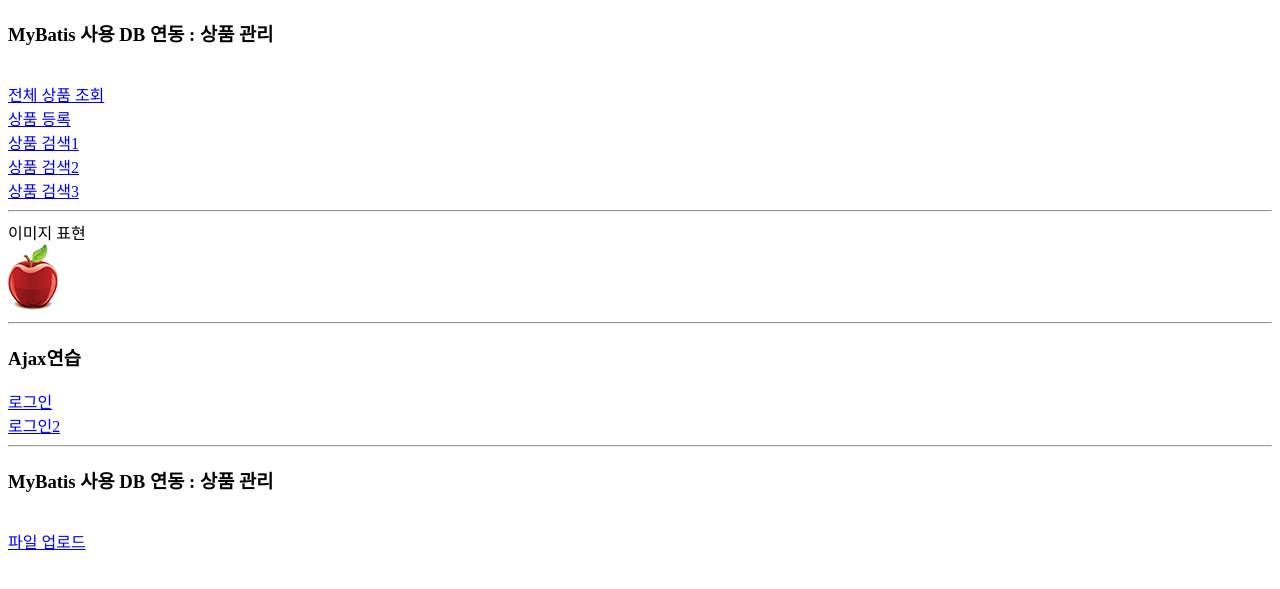
Repository: dddo3421/springBoot
Page: http://localhost/spring_boot_mybatis/WEB-INF/views/index.jsp
The author's editor kept a copy of each file at every save. The page is drawn from the files as they stood at one save, then again after the next save.
The browser window is 1280 px wide. The pictures show the whole page.
The page is served by Tomcat 10. Nobody is signed in. Other server files are loaded and not shown. The template is opened directly, without the code that normally fills it, so the values that code supplies are empty.

Above is the page before, as saved 2025-09-30 01:46:36.

### spring_boot_mybatis/src/main/webapp/WEB-INF/views/index.jsp
<%@ page language="java" contentType="text/html; charset=UTF-8"
    pageEncoding="UTF-8"%>
<%@ taglib uri="http://java.sun.com/jsp/jstl/core" prefix="c" %>
<!DOCTYPE html>
<html>
	<head>
		<meta charset="UTF-8">
		<title>index 페이지</title>
	</head>
	<body>
		<h3>MyBatis 사용 DB 연동 : 상품 관리</h3><br>

		<a href="<c:url value='/product/listAllProduct'/>">전체 상품 조회</a><br>
		<a href="<c:url value='/product/newProductForm'/>">상품 등록</a><br>
		<a href="<c:url value='/product/productSearchForm1'/>">상품 검색1</a><br>
		<a href="<c:url value='/product/productSearchForm2'/>">상품 검색2</a><br>
		<a href="<c:url value='/product/productSearchForm3'/>">상품 검색3</a><br>
		<hr>
		이미지 표현<br>
		<img src="<c:url value='/image/apple.png'/>" /><br>
		<hr>
		<h3>Ajax연습</h3>
		<a href="<c:url value='/loginForm'/>">로그인</a><br>
		<a href="<c:url value='/loginForm2'/>">로그인2</a><br>

		<hr>
		<h3>MyBatis 사용 DB 연동 : 상품 관리</h3><br>
		<a href="<c:url value='/loginForm'/>">파일 업로드</a><br>



</body>
</html>

After the next save:
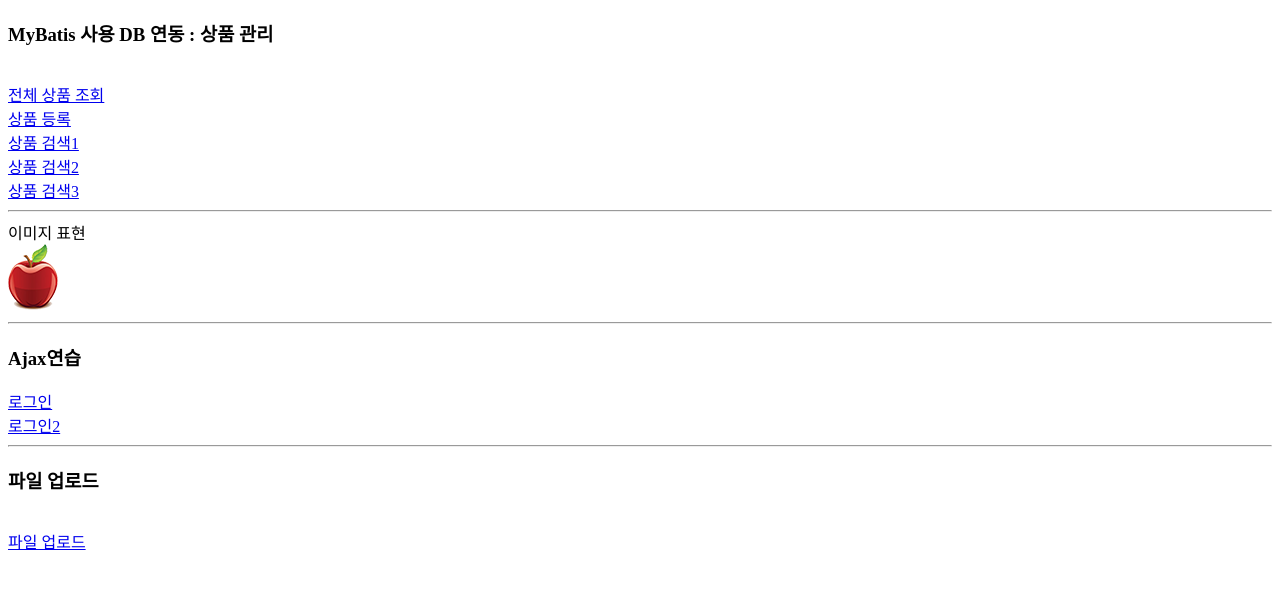
Saved 4 s later.
--- a/spring_boot_mybatis/src/main/webapp/WEB-INF/views/index.jsp
+++ b/spring_boot_mybatis/src/main/webapp/WEB-INF/views/index.jsp
@@ -24,7 +24,7 @@
 		<a href="<c:url value='/loginForm2'/>">로그인2</a><br>
 
 		<hr>
-		<h3>MyBatis 사용 DB 연동 : 상품 관리</h3><br>
+		<h3>파일 업로드</h3><br>
 		<a href="<c:url value='/loginForm'/>">파일 업로드</a><br>
 
 
